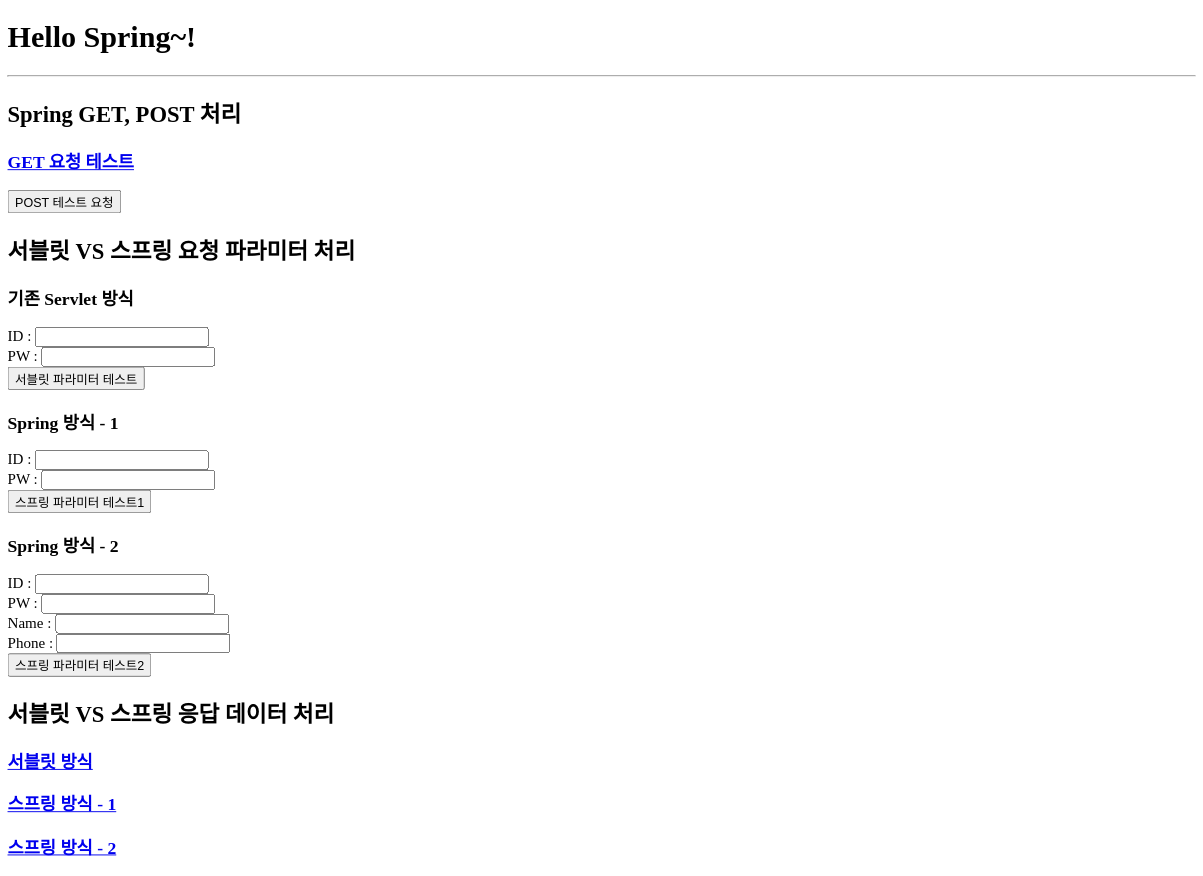
Repository: wona-owo/Spring
Page: http://localhost/00_spring/
The author's editor kept a copy of each file at every save. The page is drawn from the files as they stood at one save, then again after the next save.
The browser window is 1280 px wide. The pictures show the whole page, at 94% of full size.
The page is served by Tomcat 9.

Above is the page before, as saved 2024-12-02 06:10:07.

After the next save:
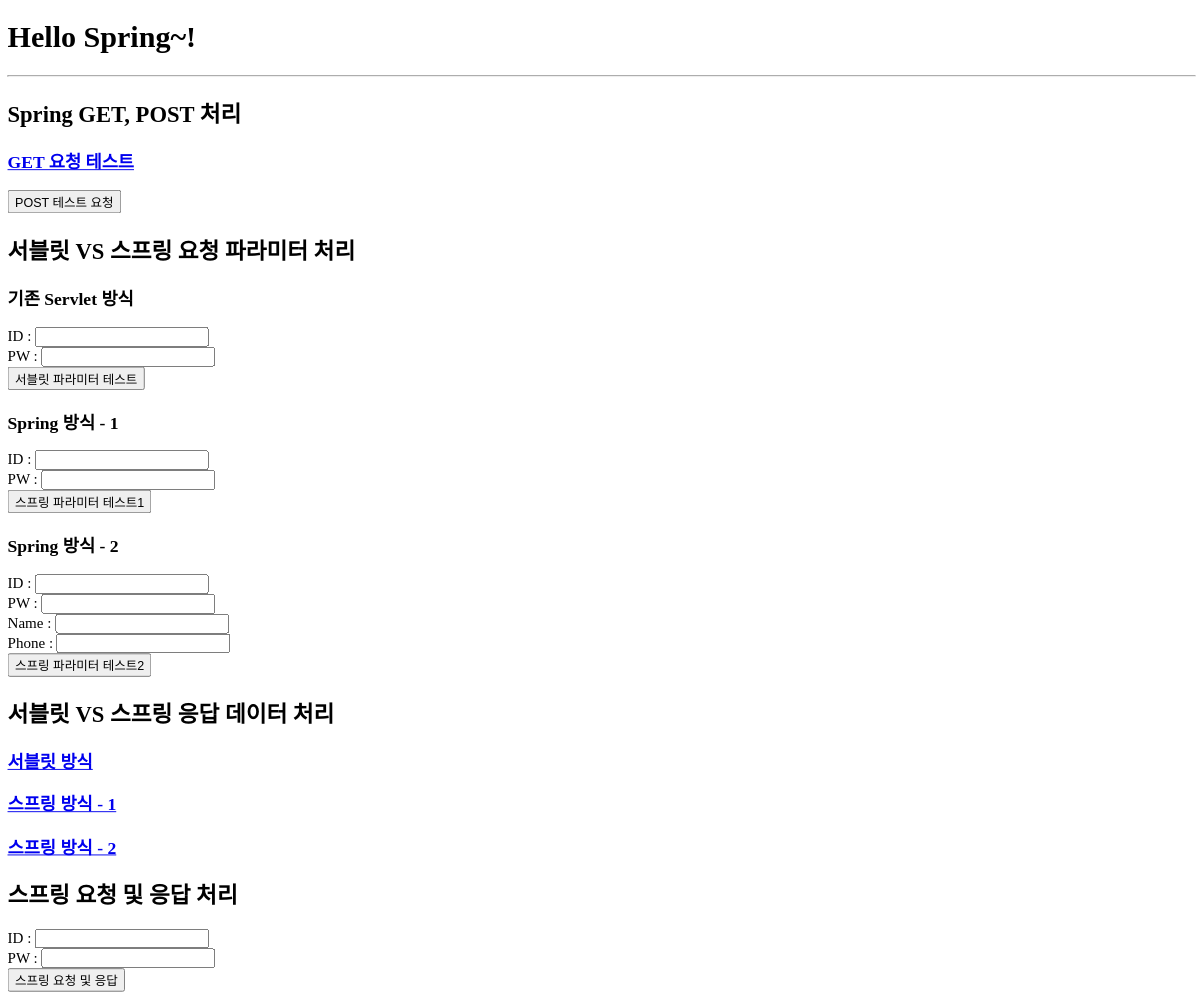
Saved 3 min 50 s later.
--- a/00_spring/src/main/webapp/index.jsp
+++ b/00_spring/src/main/webapp/index.jsp
@@ -73,7 +73,14 @@
 
 	 <h3><a href="/servletResponseTest.kh">서블릿 방식</a></h3>
 	 <h3><a href="/springResponseTest1.kh">스프링 방식 - 1</a></h3>
-	  <h3><a href="/springResponseTest2.kh">스프링 방식 - 2</a></h3>
+	 <h3><a href="/springResponseTest2.kh">스프링 방식 - 2</a></h3>
+
+	 <h2>스프링 요청 및 응답 처리</h2>
+	 <form action="/springReqAndResTest.kh" method="post">
+	 	ID : <input type="text" name="memberId"> <br>
+	 	PW : <input type="text" name="memberPw"> <br>
+	 	<input type="submit" value="스프링 요청 및 응답">
+	 </form>
 
 </body>
 </html>
